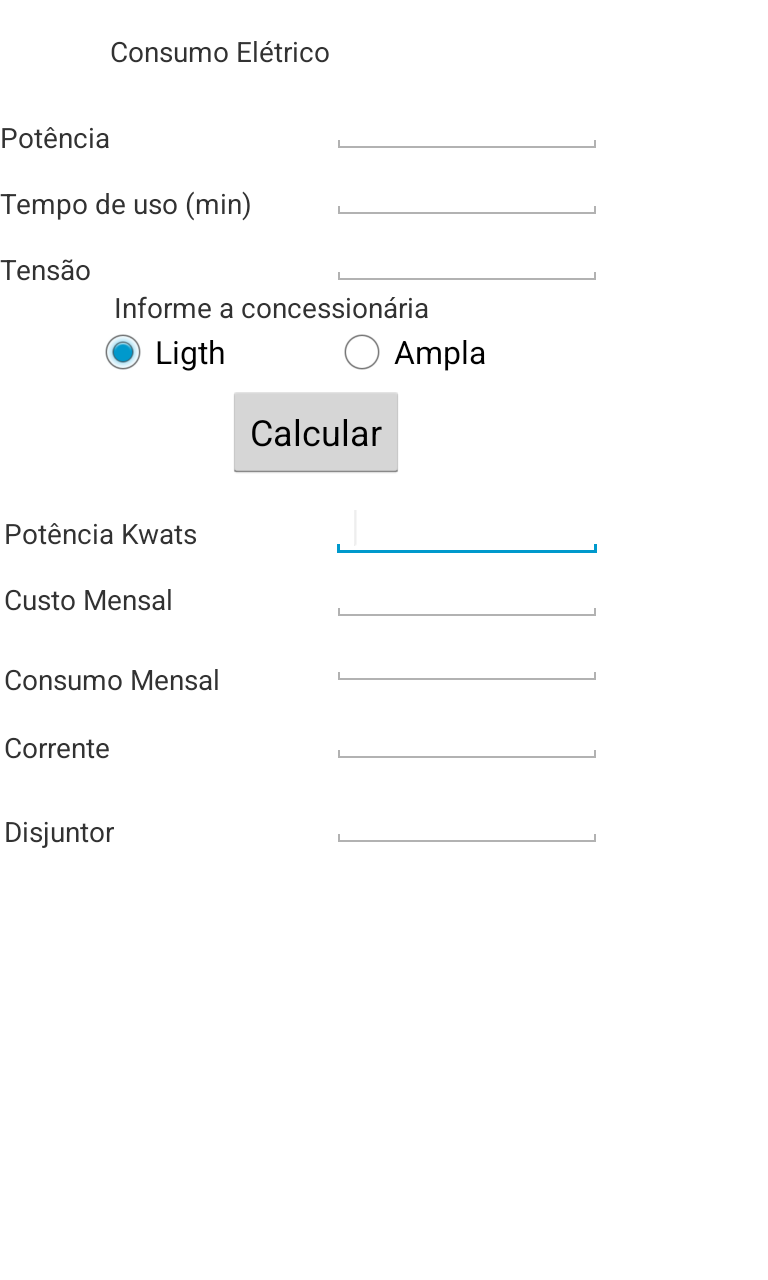
Repository: tsoarescruz/programacao_aplicativos
Layout: Projeto/Projeto_Eclipse/workspace/ConsumoElet/res/layout/activity_consumo_elet.xml
An editor plug-in stored every save of this project. The layout is shown before and after the next save, followed by the edit.
It is drawn on a 768 x 1280 px phone screen (xhdpi) without system bars, with theme AppTheme; the app's code is not run.

Above is the layout before, as saved 2016-11-18 11:50:10.

### Projeto/Projeto_Eclipse/workspace/ConsumoElet/res/layout/activity_consumo_elet.xml
<RelativeLayout xmlns:android="http://schemas.android.com/apk/res/android"
    xmlns:tools="http://schemas.android.com/tools"
    android:layout_width="match_parent"
    android:layout_height="match_parent"
    android:gravity="left"
    tools:context="${relativePackage}.${activityClass}" >

    <TextView
        android:id="@+id/textView1"
        android:layout_width="wrap_content"
        android:layout_height="wrap_content"
        android:layout_alignParentTop="true"
        android:layout_centerHorizontal="true"
        android:layout_marginTop="16dp"
        android:text="Consumo Elétrico" />

    <TextView
        android:id="@+id/textViewtempuso"
        android:layout_width="wrap_content"
        android:layout_height="wrap_content"
        android:layout_alignLeft="@+id/textViewPotencia"
        android:layout_below="@+id/textViewPotencia"
        android:layout_marginTop="14dp"
        android:text="Tempo de uso (min)" />

    <RadioGroup
        android:id="@+id/radioGroup1"
        android:layout_width="wrap_content"
        android:layout_height="wrap_content"
        android:layout_alignLeft="@+id/textViewquantdisjuntor"
        android:layout_below="@+id/textViewinformeconces"
        android:layout_marginTop="24dp" >
    </RadioGroup>

    <TextView
        android:id="@+id/textViewquantpotencia"
        android:layout_width="wrap_content"
        android:layout_height="wrap_content"
        android:layout_alignLeft="@+id/radioGroup1"
        android:layout_below="@+id/buttoncalcular"
        android:layout_marginTop="17dp"
        android:text="Potência Kwats" />

    <TextView
        android:id="@+id/textViewquantcusto"
        android:layout_width="wrap_content"
        android:layout_height="wrap_content"
        android:layout_alignLeft="@+id/textViewquantpotencia"
        android:layout_below="@+id/textViewquantpotencia"
        android:layout_marginTop="14dp"
        android:text="Custo Mensal" />

    <TextView
        android:id="@+id/textViewPotencia"
        android:layout_width="wrap_content"
        android:layout_height="wrap_content"
        android:layout_below="@+id/textView1"
        android:layout_marginTop="24dp"
        android:layout_toLeftOf="@+id/textView1"
        android:text="Potência" />

    <TextView
        android:id="@+id/textViewtensao"
        android:layout_width="wrap_content"
        android:layout_height="wrap_content"
        android:layout_alignLeft="@+id/textViewtempuso"
        android:layout_below="@+id/textViewtempuso"
        android:layout_marginTop="14dp"
        android:text="Tensão" />

    <EditText
        android:id="@+id/edtquantpotencia"
        style="?android:attr/progressBarStyleHorizontal"
        android:layout_width="wrap_content"
        android:layout_height="wrap_content"
        android:layout_alignBaseline="@+id/textViewquantpotencia"
        android:layout_alignBottom="@+id/textViewquantpotencia"
        android:layout_alignLeft="@+id/edtpotencia"
        android:ems="10" >

        <requestFocus />
    </EditText>

    <EditText
        android:id="@+id/edtquantcusto"
        style="?android:attr/progressBarStyleHorizontal"
        android:layout_width="wrap_content"
        android:layout_height="wrap_content"
        android:layout_alignLeft="@+id/edtquantpotencia"
        android:layout_below="@+id/edtquantpotencia"
        android:ems="10" />

    <Button
        android:id="@+id/buttoncalcular"
        android:layout_width="wrap_content"
        android:layout_height="wrap_content"
        android:layout_below="@+id/radioampla"
        android:layout_toRightOf="@+id/radioligth"
        android:text="Calcular" />

    <EditText
        android:id="@+id/edtpotencia"
        style="?android:attr/progressBarStyleHorizontal"
        android:layout_width="wrap_content"
        android:layout_height="wrap_content"
        android:layout_alignBottom="@+id/textViewPotencia"
        android:layout_toRightOf="@+id/textView1"
        android:ems="10"
        android:inputType="number" />

    <EditText
        android:id="@+id/edttempuso"
        style="?android:attr/progressBarStyleHorizontal"
        android:layout_width="wrap_content"
        android:layout_height="wrap_content"
        android:layout_alignBottom="@+id/textViewtempuso"
        android:layout_alignLeft="@+id/edtpotencia"
        android:layout_alignRight="@+id/edtpotencia"
        android:ems="10"
        android:inputType="number" />

    <EditText
        android:id="@+id/edttensao"
        style="?android:attr/progressBarStyleHorizontal"
        android:layout_width="wrap_content"
        android:layout_height="wrap_content"
        android:layout_alignBottom="@+id/textViewtensao"
        android:layout_alignLeft="@+id/edttempuso"
        android:layout_alignRight="@+id/edtquantcorrente"
        android:ems="10"
        android:inputType="number" />

    <TextView
        android:id="@+id/TextViewquantconsumo"
        android:layout_width="wrap_content"
        android:layout_height="wrap_content"
        android:layout_alignLeft="@+id/textViewquantcusto"
        android:layout_below="@+id/edtquantcusto"
        android:layout_marginTop="18dp"
        android:text="Consumo Mensal" />

    <EditText
        android:id="@+id/edtquantconsumo"
        style="?android:attr/progressBarStyleHorizontal"
        android:layout_width="wrap_content"
        android:layout_height="wrap_content"
        android:layout_alignParentRight="true"
        android:layout_below="@+id/edtquantcusto"
        android:layout_toRightOf="@+id/textView1"
        android:ems="10" />

    <TextView
        android:id="@+id/TextViewqauntcorrente"
        android:layout_width="wrap_content"
        android:layout_height="wrap_content"
        android:layout_alignRight="@+id/textViewPotencia"
        android:layout_below="@+id/TextViewquantconsumo"
        android:layout_marginTop="15dp"
        android:text="Corrente" />

    <EditText
        android:id="@+id/edtquantcorrente"
        style="?android:attr/progressBarStyleHorizontal"
        android:layout_width="wrap_content"
        android:layout_height="wrap_content"
        android:layout_above="@+id/textViewquantdisjuntor"
        android:layout_alignLeft="@+id/edtquantconsumo"
        android:ems="10"
        android:inputType="number" />

    <RadioButton
        android:id="@+id/radioligth"
        android:layout_width="wrap_content"
        android:layout_height="wrap_content"
        android:layout_below="@+id/textViewtensao"
        android:layout_marginTop="16dp"
        android:layout_toRightOf="@+id/textViewtensao"
        android:checked="true"
        android:text="Ligth" />

    <RadioButton
        android:id="@+id/radioampla"
        android:layout_width="wrap_content"
        android:layout_height="wrap_content"
        android:layout_alignBaseline="@+id/radioligth"
        android:layout_alignBottom="@+id/radioligth"
        android:layout_alignLeft="@+id/edttensao"
        android:text="Ampla" />

    <TextView
        android:id="@+id/textViewquantdisjuntor"
        android:layout_width="wrap_content"
        android:layout_height="wrap_content"
        android:layout_alignLeft="@+id/TextViewqauntcorrente"
        android:layout_below="@+id/TextViewqauntcorrente"
        android:layout_marginTop="23dp"
        android:text="Disjuntor" />

    <TextView
        android:id="@+id/textViewinformeconces"
        android:layout_width="wrap_content"
        android:layout_height="wrap_content"
        android:layout_below="@+id/edttensao"
        android:layout_toRightOf="@+id/textViewquantdisjuntor"
        android:text="Informe a concessionária" />

    <EditText
        android:id="@+id/edtquantdisjuntor"
        style="?android:attr/progressBarStyleHorizontal"
        android:layout_width="wrap_content"
        android:layout_height="wrap_content"
        android:layout_alignBottom="@+id/textViewquantdisjuntor"
        android:layout_alignParentRight="true"
        android:layout_toRightOf="@+id/textView1"
        android:ems="10"
        android:inputType="number" />

</RelativeLayout>

Loaded but not shown: Projeto/Projeto_Eclipse/workspace/ConsumoElet/res/values/styles.xml (common file); Projeto/Projeto_Eclipse/workspace/ConsumoElet/res/values-v11/styles.xml (common file); Projeto/Projeto_Eclipse/workspace/ConsumoElet/res/values-v14/styles.xml (common file)

After the next save:
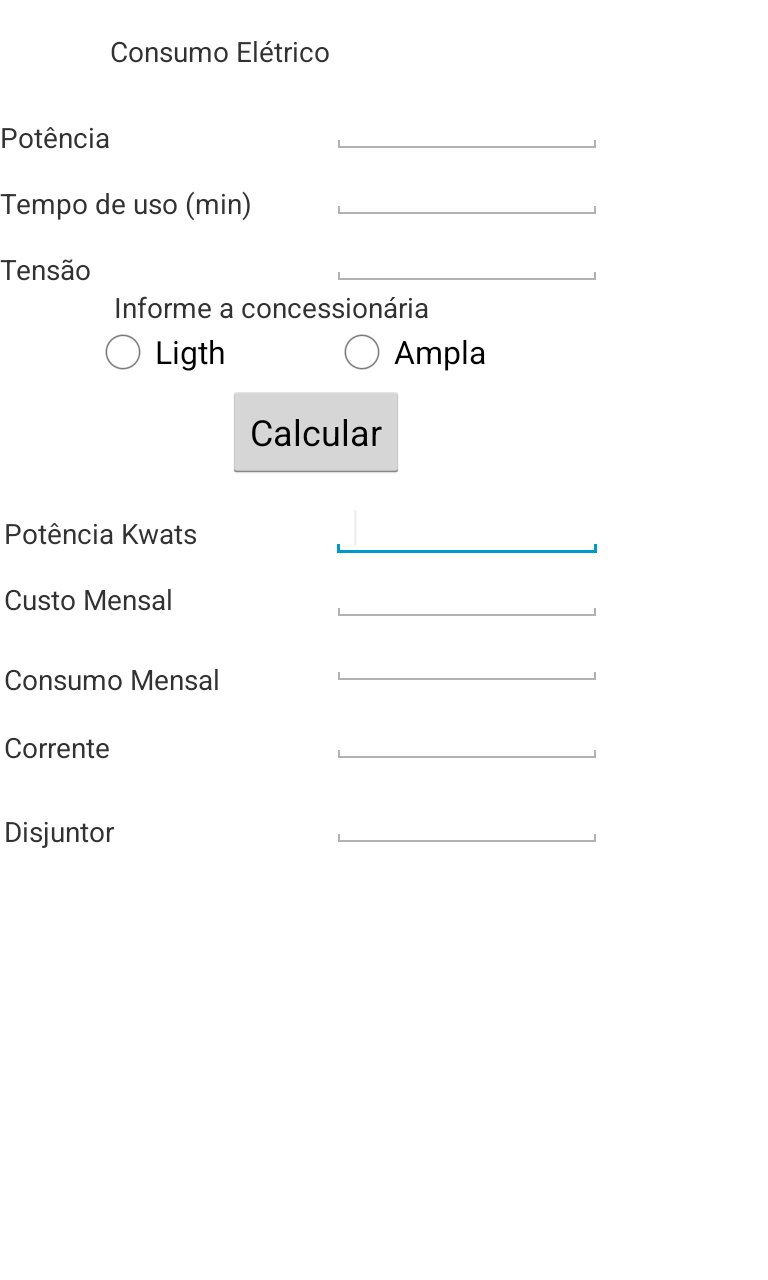
Saved 3 min 43 s later.
--- a/Projeto/Projeto_Eclipse/workspace/ConsumoElet/res/layout/activity_consumo_elet.xml
+++ b/Projeto/Projeto_Eclipse/workspace/ConsumoElet/res/layout/activity_consumo_elet.xml
@@ -175,7 +175,7 @@
         android:layout_below="@+id/textViewtensao"
         android:layout_marginTop="16dp"
         android:layout_toRightOf="@+id/textViewtensao"
-        android:checked="true"
+        android:checked="false"
         android:text="Ligth" />
 
     <RadioButton
